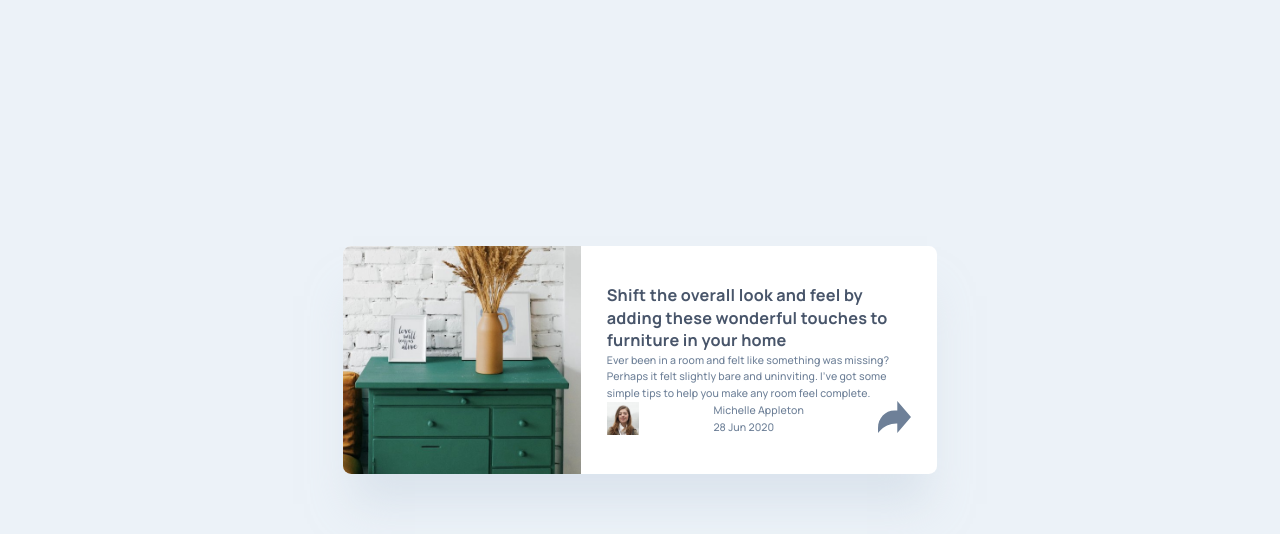
Repository: brandontaylor1/article-preview-component
Page: index.html
These files come from the project's save history. The page is drawn as it stood at one moment and after the next save; the edit follows.
The browser window is 1280 px wide. The pictures show the whole page.

Above is the page before, as saved 2025-01-13 22:01:44.

After the next save:
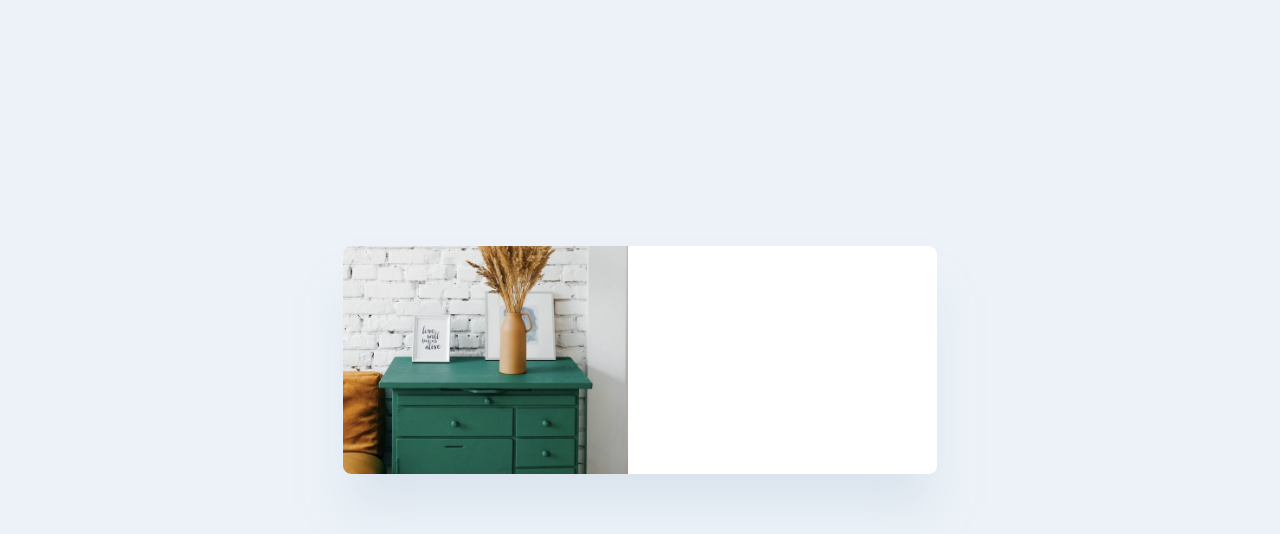
Saved 69 s later.
--- a/styles.css
+++ b/styles.css
@@ -32,9 +32,6 @@
 .component {
     width: 45.625rem;
     height: 17.5rem;
-    display: flex;
-    align-items: center;
-    justify-content: center;
     border-radius: 0.625rem;
     background: #FFF;
     box-shadow: 0px 40px 40px -10px rgba(201, 213, 225, 0.50);
@@ -51,7 +48,6 @@
     background-size: cover;
     background-position: center;
     background-repeat: no-repeat;
-    flex-grow: 1;
 }
 /*
 .img-container img {
@@ -78,12 +74,12 @@
 
 .component-content p {
     color: #6E8098;
-font-family: Manrope;
-font-size: 0.8125rem;
-font-style: normal;
-font-weight: 500;
-line-height: 1.25rem; /* 153.846% */
-letter-spacing: 0.00763rem;
+    font-family: Manrope;
+    font-size: 0.8125rem;
+    font-style: normal;
+    font-weight: 500;
+    line-height: 1.25rem; /* 153.846% */
+    letter-spacing: 0.00763rem;
 }
 
 .social-box {

After the save that followed:
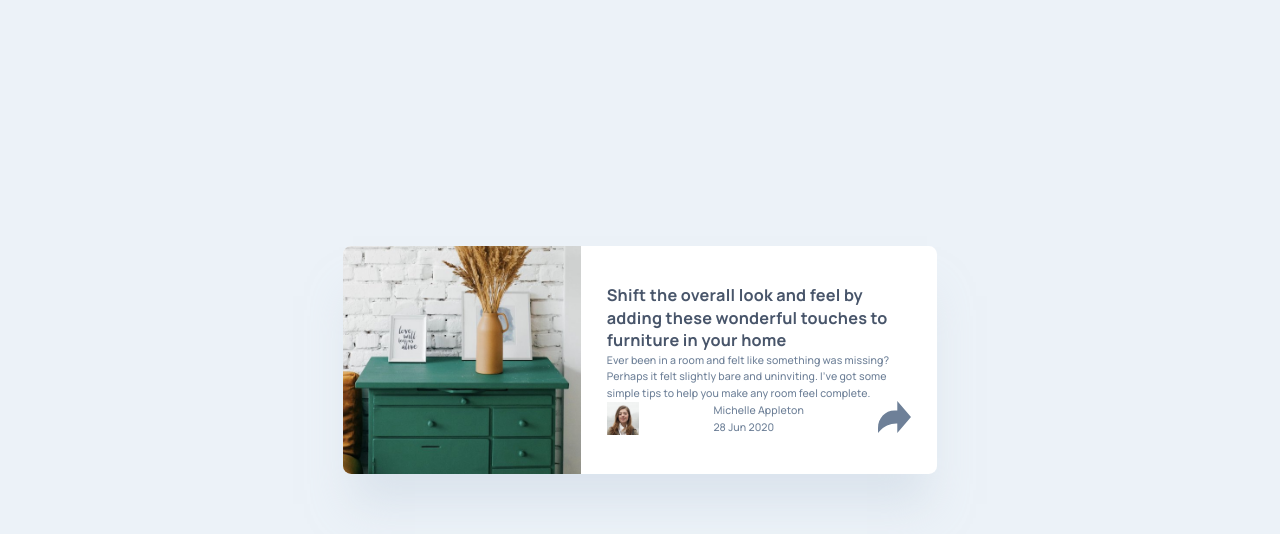
Saved 9 s later.
--- a/styles.css
+++ b/styles.css
@@ -32,6 +32,9 @@
 .component {
     width: 45.625rem;
     height: 17.5rem;
+    display: flex;
+    align-items: center;
+    justify-content: center;
     border-radius: 0.625rem;
     background: #FFF;
     box-shadow: 0px 40px 40px -10px rgba(201, 213, 225, 0.50);
